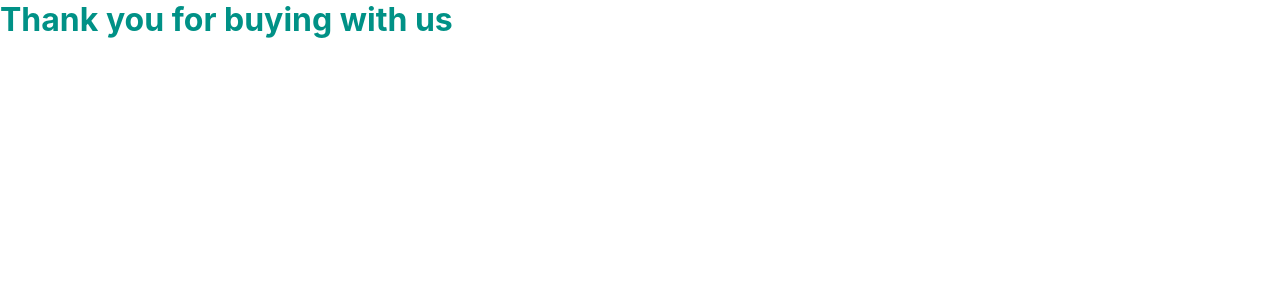
Repository: Yowani24/ecocarbon
Page: /successPage
These files come from the project's save history. The page is drawn as it stood at one moment and after the next save; the edit follows.
The browser window is 1280 px wide. The pictures show the whole page.
The project was rebuilt for these pictures with package versions that can differ from the ones it lists, and the page was loaded fresh each time. The framework's server and built-in components were replaced by stand-ins that run in the browser. Also part of the build but not shown: next.config.js.

Above is the page before, as saved 2021-09-29 20:20:19.

After the next save:
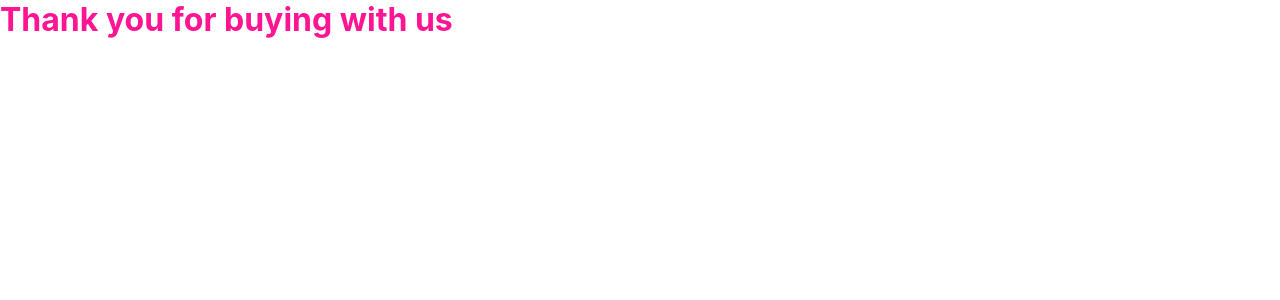
Saved 14 s later.
--- a/pages/successPage.js
+++ b/pages/successPage.js
@@ -10,5 +10,5 @@ export default function successPage(props) {
 }
 
 const Thankyou = styled.div`
-    color: #009186;
+    color: deeppink;
 `
